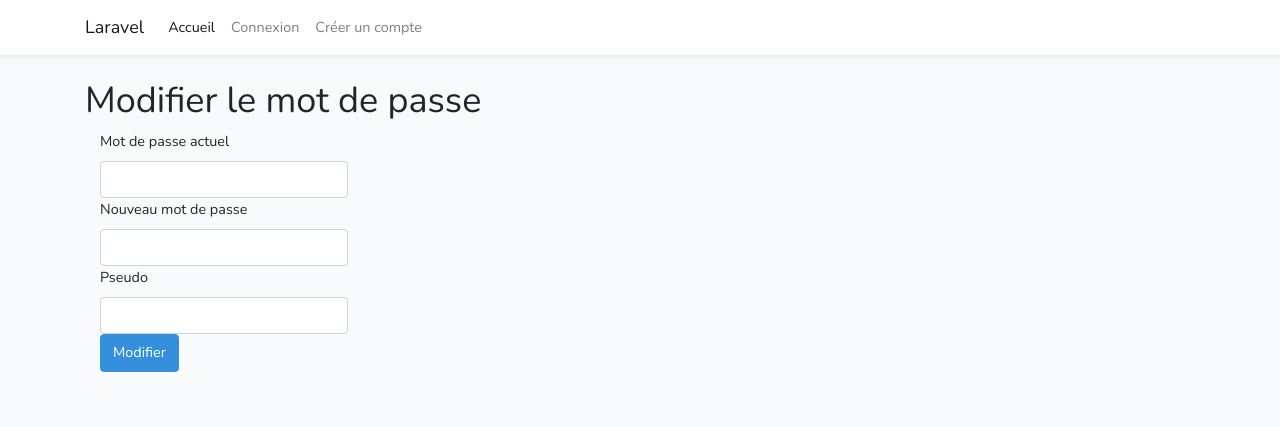
Repository: ypiard85/laravel-social-app
Page: resources/views/user/passwordedit.blade.php
An editor plug-in stored every save of this project. The page is shown before and after the next save, followed by the edit.
The browser window is 1280 px wide. The pictures show the whole page.
The page is served by the project's Laravel application, run on PHP 8.4 with Laravel 8. The template is opened directly, without the code that normally fills it, so the values that code supplies are empty.

Above is the page before, as saved 2021-06-28 15:18:34.

After the next save:
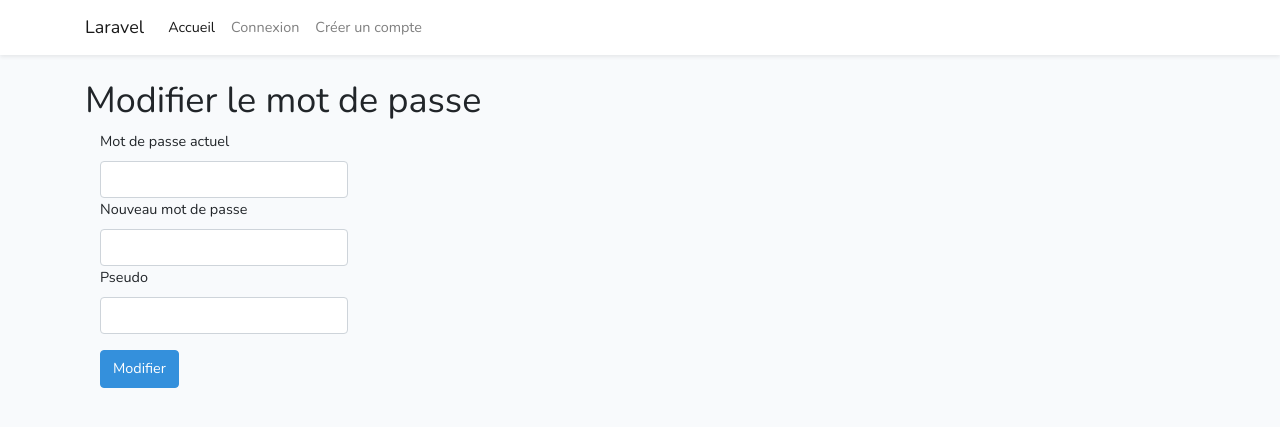
Saved 7 s later.
--- a/resources/views/user/passwordedit.blade.php
+++ b/resources/views/user/passwordedit.blade.php
@@ -16,7 +16,7 @@
                         <input class="form-control" type="password" name="password" >
                         <label for="pseudo">Pseudo</label>
                         <input class="form-control" type="text" name="password_confirm">
-                        <button class="btn btn-primary" type="submit">Modifier</button>
+                        <button class="btn btn-primary mt-3" type="submit">Modifier</button>
                     </div>
             </div>
             @csrf
